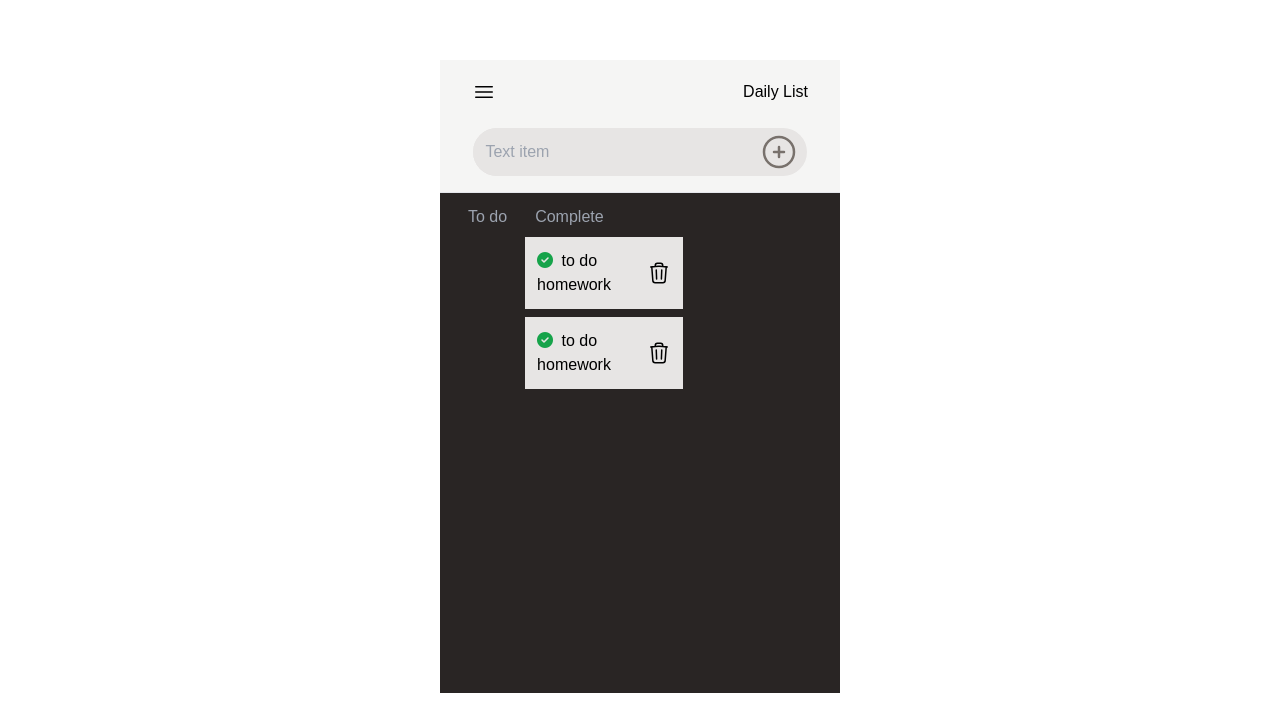
Repository: hsumyatm7308/TodolistbyPHP
Page: http://localhost/
An editor plug-in stored every save of this project. The page is shown before and after the next save, followed by the edit.
The browser window is 1280 px wide. The pictures show the whole page.
Some web libraries are served in a nearby version. The page is run by PHP 8.4 with error messages shown; the project is at /var/www/html/. Queries for data that is not in the repository find no rows.

Above is the page before, as saved 2023-07-09 22:32:58.

### index.php
<!DOCTYPE html>
<html lang="en">

<head>
    <meta charset="UTF-8">
    <meta name="viewport" content="width=device-width, initial-scale=1.0">
    <title>To Do List</title>
    <link rel="stylesheet" href="https://cdnjs.cloudflare.com/ajax/libs/font-awesome/6.4.0/css/all.min.css">
    <script src="https://cdn.tailwindcss.com"></script>

    <style>
        * {
            font-family: sans-serif;
        }
    </style>

</head>

<body>
    <div class="w-screen h-screen container flex justify-center items-center">
        <div class="w-[400px] h-[600px] bg-stone-100">
            <!-- header nav  -->
            <div class="w-full h-14 flex justify-between items-center p-8">
                <div>
                    <svg xmlns="http://www.w3.org/2000/svg" fill="none" viewBox="0 0 24 24" stroke-width="1.5"
                        stroke="currentColor" class="w-6 h-6">
                        <path stroke-linecap="round" stroke-linejoin="round"
                            d="M3.75 6.75h16.5M3.75 12h16.5m-16.5 5.25h16.5" />
                    </svg>

                </div>
                <div>
                    <h4> Daily List</h4>
                </div>
            </div>

            <?php

            include("create.php");

            ?>

            <div class="w-full h-[500px] bg-stone-800 flex whitespace-nowwrap overflow-y-scroll scrollbar-hide">

                <?php

                include("updatetodo.php");
                include("complete.php");

                ?>
            </div>







        </div>
    </div>
</body>

</html>

### create.php
<?php
session_start();
ini_set('display_errors', 1);

require_once("database.php");

if ($_SERVER['REQUEST_METHOD'] === 'POST') {
    global $conn;

    $getdata = $_POST['textbox'];


    try {
        $stmt = $conn->prepare("INSERT INTO todolist (task) VALUES ( :task)");


        $task = $getdata;


        $stmt->bindParam(':task', $task);

        $stmt->execute();
    } catch (Exception $e) {
        echo "Error Found: " . $e->getMessage();
    }
}


?>





<!-- to do form  -->
<form action="" method="post" enctype="multipart/form-data">


    <div class="w-full h-auto flex justify-center items-center p-1">
        <div class="w-[85%] h-auto bg-stone-200 flex justify-between items-center rounded-3xl">
            <input type="text" name="textbox"
                class="w-[85%] bg-stone-200 rounded-tl-3xl rounded-bl-3xl p-3 focus:outline-none"
                placeholder="Text item">

            <button type="submit" name="submit" class="">
                <svg xmlns="http://www.w3.org/2000/svg" fill="none" viewBox="0 0 24 24" stroke-width="1.5"
                    stroke="currentColor" class="w-10 h-10 mr-2 text-stone-500 hover:text-stone-600">
                    <path stroke-linecap="round" stroke-linejoin="round"
                        d="M12 9v6m3-3H9m12 0a9 9 0 11-18 0 9 9 0 0118 0z" />
                </svg>
            </button>
        </div>

    </div>
    <hr class="mt-3">
</form>

### database.php
<?php

$dbhost = 'localhost';
$dbuser = 'root';
$dbpass = '';
$dbname = 'hmmdb';


try{

    $conn = new PDO("mysql:host=$dbhost;dbname=$dbname", $dbuser, $dbpass);
    $conn->setAttribute(PDO::ATTR_ERRMODE, PDO::ERRMODE_EXCEPTION);

    // echo "Connection successful";


}catch(Exception $e){
    "Error Found:".$e->getMessage();
}




?>

### updatetodo.php
<?php

// session_start();
ini_set('display_errors', 1);

require_once("database.php");
require_once("create.php");

try {

    global $conn;

    $stmt = $conn->prepare("SELECT id,task FROM todolist");
    $stmt->execute();



} catch (Exception $e) {
    "Found Error : " . $e->getMessage();
}

?>








<!-- update to do  -->
<form action="" method="post" class="mt-3" enctype="multipart/form-data">
    <h3 class="text-gray-400 ml-7 mb-1">To do</h3>


    <?php while ($row = $stmt->fetch()): ?>

        <div name="taskitems" class="w-full h-auto flex justify-center items-center p-1">


            <div class="w-[85%] h-auto bg-stone-200 flex justify-between items-center p-3">
                <span>
                    <i class="fa-regular fa-circle-check"></i>
                    <span class="ml-1">
                        <?php echo $row['task'] ?>
                    </span>
                </span>

                <div>
                    <svg xmlns="http://www.w3.org/2000/svg" fill="none" viewBox="0 0 24 24" stroke-width="1.5"
                        stroke="currentColor" class="w-6 h-6">
                        <path stroke-linecap="round" stroke-linejoin="round"
                            d="M16.862 4.487l1.687-1.688a1.875 1.875 0 112.652 2.652L10.582 16.07a4.5 4.5 0 01-1.897 1.13L6 18l.8-2.685a4.5 4.5 0 011.13-1.897l8.932-8.931zm0 0L19.5 7.125M18 14v4.75A2.25 2.25 0 0115.75 21H5.25A2.25 2.25 0 013 18.75V8.25A2.25 2.25 0 015.25 6H10" />
                    </svg>
                </div>
            </div>



        </div>

    <?php endwhile; ?>







</form>

### complete.php
      <!-- complete work -->
      <form action="" method="post" class="mt-3" enctype="multipart/form-data">
                <h3 class="text-gray-400 ml-7 mb-1">Complete</h3>

                <div class="w-full h-auto flex justify-center items-center p-1">


                    <div class="w-[85%] h-auto bg-stone-200 flex justify-between items-center p-3">

                        <span>
                            <i class="fa-solid fa-circle-check text-green-600"></i>
                            <span class="ml-1">to do homework</span>
                        </span>

                        <div>
                            <svg xmlns="http://www.w3.org/2000/svg" fill="none" viewBox="0 0 24 24" stroke-width="1.5"
                                stroke="currentColor" class="w-6 h-6">
                                <path stroke-linecap="round" stroke-linejoin="round"
                                    d="M14.74 9l-.346 9m-4.788 0L9.26 9m9.968-3.21c.342.052.682.107 1.022.166m-1.022-.165L18.16 19.673a2.25 2.25 0 01-2.244 2.077H8.084a2.25 2.25 0 01-2.244-2.077L4.772 5.79m14.456 0a48.108 48.108 0 00-3.478-.397m-12 .562c.34-.059.68-.114 1.022-.165m0 0a48.11 48.11 0 013.478-.397m7.5 0v-.916c0-1.18-.91-2.164-2.09-2.201a51.964 51.964 0 00-3.32 0c-1.18.037-2.09 1.022-2.09 2.201v.916m7.5 0a48.667 48.667 0 00-7.5 0" />
                            </svg>

                        </div>

                    </div>



                </div>

                <div class="w-full h-auto flex justify-center items-center p-1">

                    <div class="w-[85%] h-auto bg-stone-200 flex justify-between items-center p-3">

                        <span>
                            <i class="fa-solid fa-circle-check text-green-600"></i>
                            <span class="ml-1">to do homework</span>
                        </span>

                        <div>
                            <svg xmlns="http://www.w3.org/2000/svg" fill="none" viewBox="0 0 24 24" stroke-width="1.5"
                                stroke="currentColor" class="w-6 h-6">
                                <path stroke-linecap="round" stroke-linejoin="round"
                                    d="M14.74 9l-.346 9m-4.788 0L9.26 9m9.968-3.21c.342.052.682.107 1.022.166m-1.022-.165L18.16 19.673a2.25 2.25 0 01-2.244 2.077H8.084a2.25 2.25 0 01-2.244-2.077L4.772 5.79m14.456 0a48.108 48.108 0 00-3.478-.397m-12 .562c.34-.059.68-.114 1.022-.165m0 0a48.11 48.11 0 013.478-.397m7.5 0v-.916c0-1.18-.91-2.164-2.09-2.201a51.964 51.964 0 00-3.32 0c-1.18.037-2.09 1.022-2.09 2.201v.916m7.5 0a48.667 48.667 0 00-7.5 0" />
                            </svg>


                        </div>

                    </div>



                </div>
            </form>

After the next save:
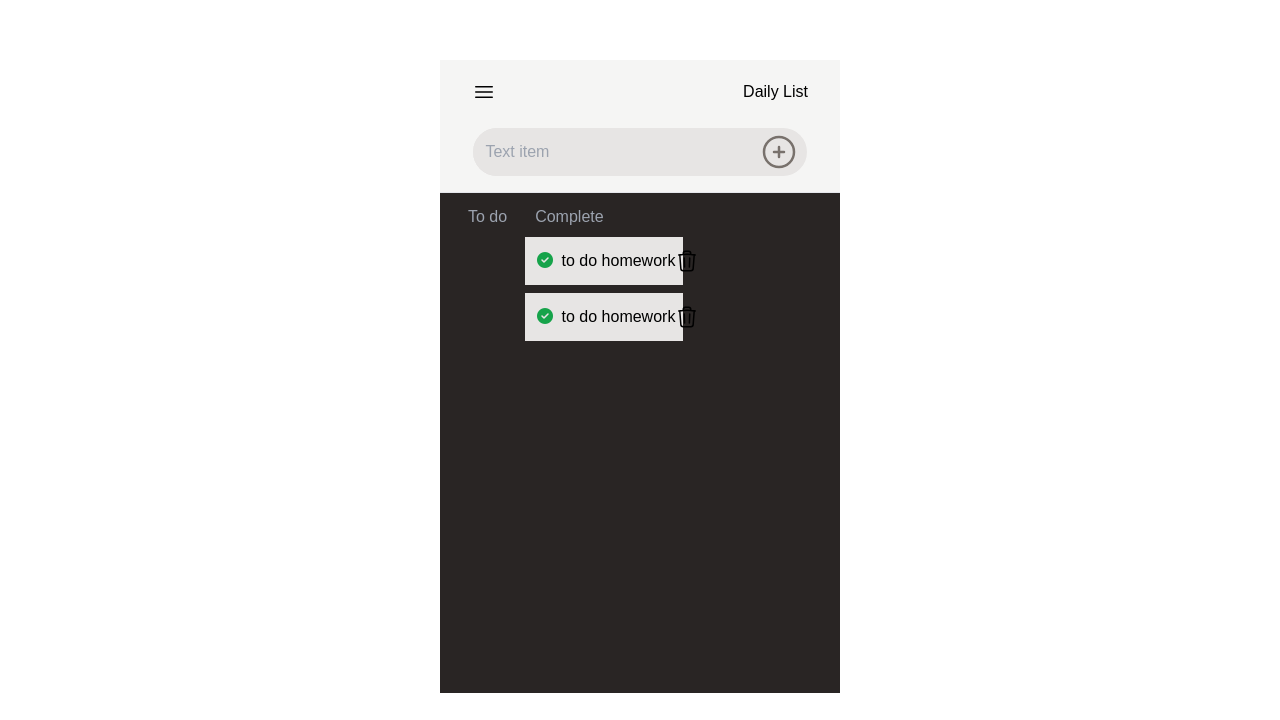
Saved 11 s later.
--- a/index.php
+++ b/index.php
@@ -40,7 +40,7 @@
 
             ?>
 
-            <div class="w-full h-[500px] bg-stone-800 flex whitespace-nowwrap overflow-y-scroll scrollbar-hide">
+            <div class="w-full h-[500px] bg-stone-800 flex whitespace-nowrap  overflow-y-scroll scrollbar-hide">
 
                 <?php
 
